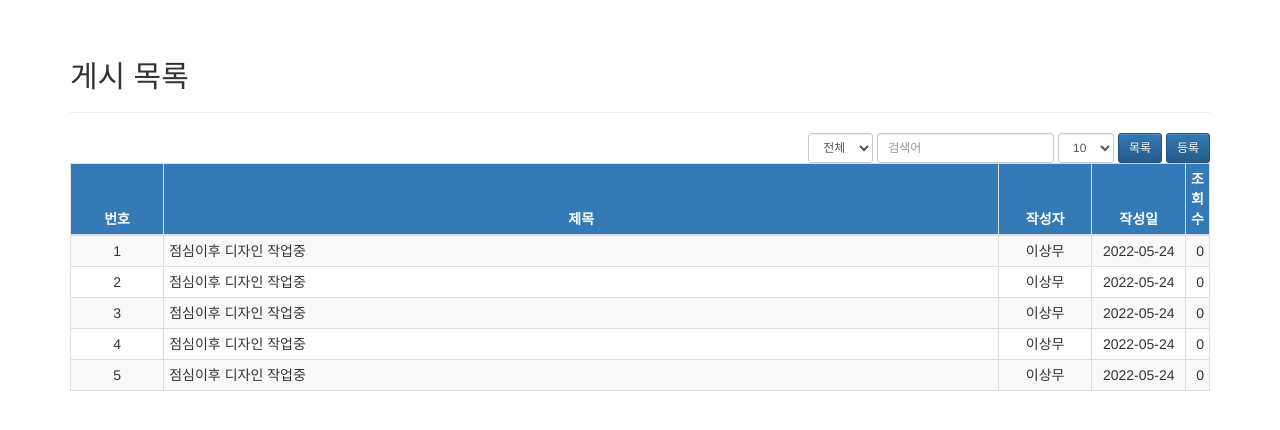
Repository: dongseon-git/WEB_JSP
Page: workspace/studyhtml5/WebContent/bootstrap/boot_list.html
These files come from the project's save history. The page is drawn as it stood at one moment and after the next save; the edit follows.
The browser window is 1280 px wide. The pictures show the whole page.

Above is the page before, as saved 2022-05-24 06:35:56.

After the next save:
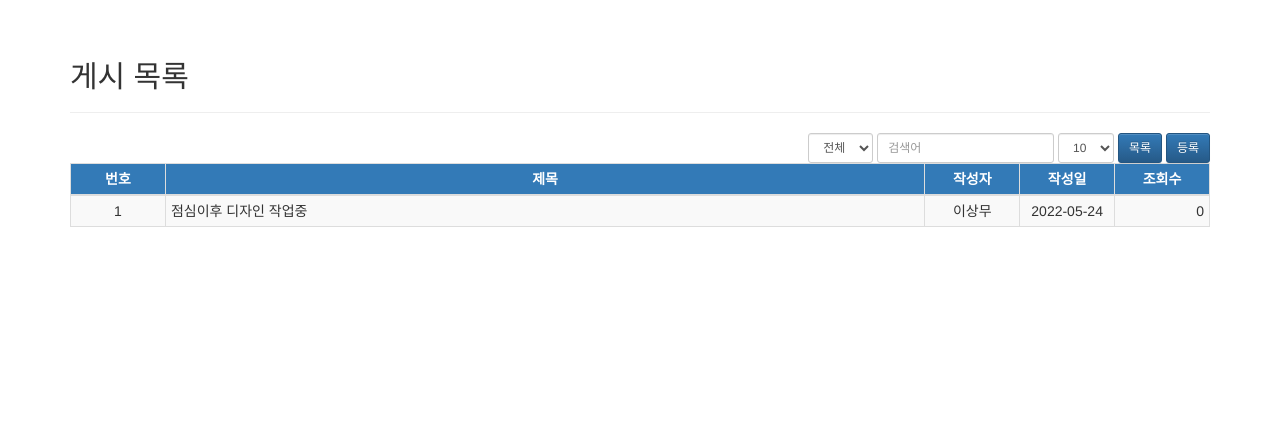
Saved 65 s later.
--- a/workspace/studyhtml5/WebContent/bootstrap/boot_list.html
+++ b/workspace/studyhtml5/WebContent/bootstrap/boot_list.html
@@ -74,34 +74,7 @@
     <td class="text-center col-sm-2 col-md-2 col-lg-1">2022-05-24</td>
     <td class="text-right col-sm-1 col-md-1 col-lg-1">0</td>
     </tr>
-    <tr>
-    <td class="text-center col-sm-1 col-md-1 col-lg-1">2</td>
-    <td class="text-left col-sm-6 col-md-6 col-lg-9">점심이후 디자인 작업중</td>
-    <td class="text-center col-sm-2 col-md-2 col-lg-1">이상무</td>
-    <td class="text-center col-sm-2 col-md-2 col-lg-1">2022-05-24</td>
-    <td class="text-right col-sm-1 col-md-1 col-lg-1">0</td>
-    </tr>
-    <tr>
-    <td class="text-center col-sm-1 col-md-1 col-lg-1">3</td>
-    <td class="text-left col-sm-6 col-md-6 col-lg-9">점심이후 디자인 작업중</td>
-    <td class="text-center col-sm-2 col-md-2 col-lg-1">이상무</td>
-    <td class="text-center col-sm-2 col-md-2 col-lg-1">2022-05-24</td>
-    <td class="text-right col-sm-1 col-md-1 col-lg-1">0</td>
-    </tr>
-    <tr>
-    <td class="text-center col-sm-1 col-md-1 col-lg-1">4</td>
-    <td class="text-left col-sm-6 col-md-6 col-lg-9">점심이후 디자인 작업중</td>
-    <td class="text-center col-sm-2 col-md-2 col-lg-1">이상무</td>
-    <td class="text-center col-sm-2 col-md-2 col-lg-1">2022-05-24</td>
-    <td class="text-right col-sm-1 col-md-1 col-lg-1">0</td>
-    </tr>
-    <tr>
-    <td class="text-center col-sm-1 col-md-1 col-lg-1">5</td>
-    <td class="text-left col-sm-6 col-md-6 col-lg-9">점심이후 디자인 작업중</td>
-    <td class="text-center col-sm-2 col-md-2 col-lg-1">이상무</td>
-    <td class="text-center col-sm-2 col-md-2 col-lg-1">2022-05-24</td>
-    <td class="text-right col-sm-1 col-md-1 col-lg-1">0</td>
-    </tr>
+
 
 
    </tbody>

After the save that followed:
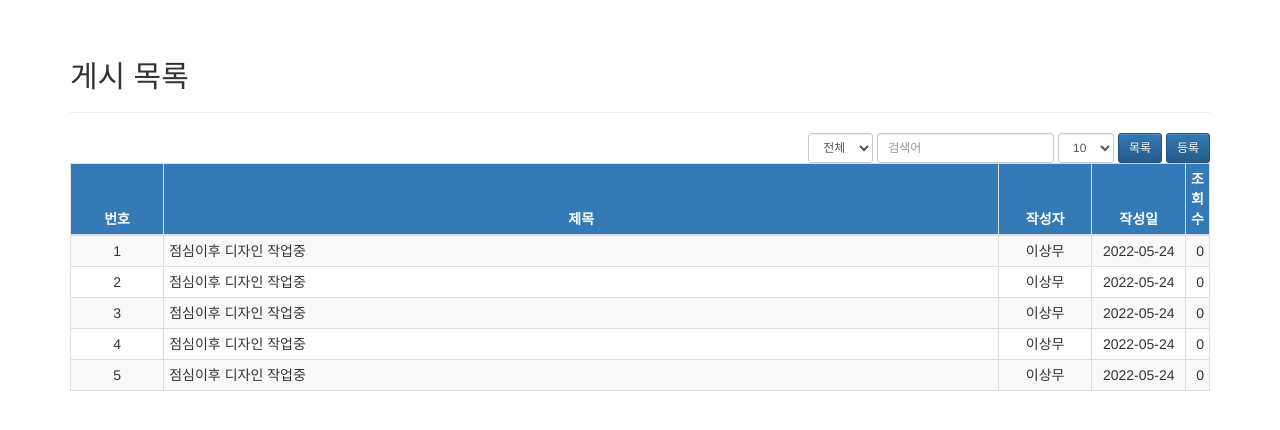
Saved 11 s later.
--- a/workspace/studyhtml5/WebContent/bootstrap/boot_list.html
+++ b/workspace/studyhtml5/WebContent/bootstrap/boot_list.html
@@ -74,7 +74,34 @@
     <td class="text-center col-sm-2 col-md-2 col-lg-1">2022-05-24</td>
     <td class="text-right col-sm-1 col-md-1 col-lg-1">0</td>
     </tr>
-
+    <tr>
+    <td class="text-center col-sm-1 col-md-1 col-lg-1">2</td>
+    <td class="text-left col-sm-6 col-md-6 col-lg-9">점심이후 디자인 작업중</td>
+    <td class="text-center col-sm-2 col-md-2 col-lg-1">이상무</td>
+    <td class="text-center col-sm-2 col-md-2 col-lg-1">2022-05-24</td>
+    <td class="text-right col-sm-1 col-md-1 col-lg-1">0</td>
+    </tr>
+    <tr>
+    <td class="text-center col-sm-1 col-md-1 col-lg-1">3</td>
+    <td class="text-left col-sm-6 col-md-6 col-lg-9">점심이후 디자인 작업중</td>
+    <td class="text-center col-sm-2 col-md-2 col-lg-1">이상무</td>
+    <td class="text-center col-sm-2 col-md-2 col-lg-1">2022-05-24</td>
+    <td class="text-right col-sm-1 col-md-1 col-lg-1">0</td>
+    </tr>
+    <tr>
+    <td class="text-center col-sm-1 col-md-1 col-lg-1">4</td>
+    <td class="text-left col-sm-6 col-md-6 col-lg-9">점심이후 디자인 작업중</td>
+    <td class="text-center col-sm-2 col-md-2 col-lg-1">이상무</td>
+    <td class="text-center col-sm-2 col-md-2 col-lg-1">2022-05-24</td>
+    <td class="text-right col-sm-1 col-md-1 col-lg-1">0</td>
+    </tr>
+    <tr>
+    <td class="text-center col-sm-1 col-md-1 col-lg-1">5</td>
+    <td class="text-left col-sm-6 col-md-6 col-lg-9">점심이후 디자인 작업중</td>
+    <td class="text-center col-sm-2 col-md-2 col-lg-1">이상무</td>
+    <td class="text-center col-sm-2 col-md-2 col-lg-1">2022-05-24</td>
+    <td class="text-right col-sm-1 col-md-1 col-lg-1">0</td>
+    </tr>
 
 
    </tbody>
